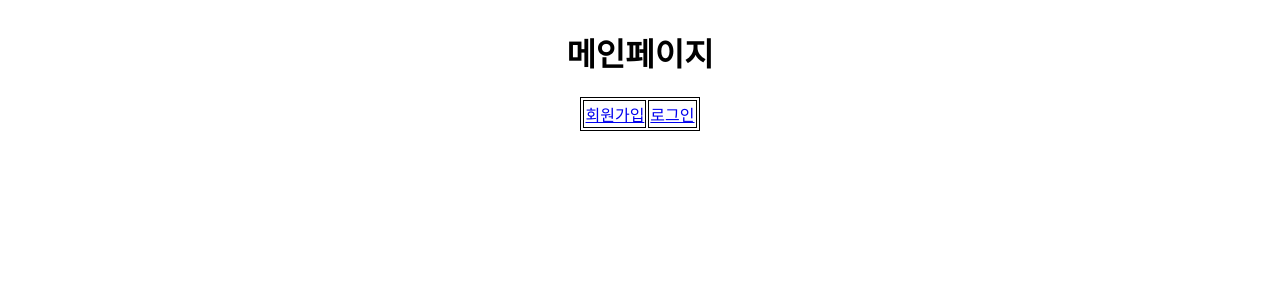
Repository: BEOMJINI/greenJsp
Page: http://localhost/basic/02.22/로그인구현실습/02_main.jsp
An editor plug-in stored every save of this project. The page is shown before and after the next save, followed by the edit.
The browser window is 1280 px wide. The pictures show the whole page.
The page is served by Tomcat 9. Other server files are loaded and not shown.

Above is the page before, as saved 2023-02-22 02:45:43.

### jspWorkspace/basic/src/main/webapp/02.22/로그인구현실습/02_main.jsp
<%@page import="java.util.List"%>
<%@ page language="java" contentType="text/html; charset=UTF-8"
    pageEncoding="UTF-8"%>
<!DOCTYPE html>
<html>
<head>
<meta charset="UTF-8">
<title>Insert title here</title>
<link rel="stylesheet" type="text/css" href="style.css">
</head>
<body>
<h1> 메인페이지 </h1>

<%

  List<String> idlist = (List<String>)session.getAttribute("idList");
  System.out.println(idlist);
Object obj = session.getAttribute("idx");
%>

<table border="1">
<% if(obj == null){ %>
    <tr>
        <td><a href="03_11_joinForm.jsp"> 회원가입 </a></td>
        <td><a href="03_21_loginForm.jsp"> 로그인 </a></td>
    </tr>
<%}else{ %>
    <tr>
        <td><a href="03_23_logoutPro.jsp"> 로그아웃 </a></td>
        <td><a href="03_31_updateForm.jsp"> 회원정보수정 </a></td>
        <td><a href="03_41_deleteForm.jsp"> 회원탈퇴 </a></td>
    </tr>
<%} %>
</table>

</body>
</html>

### jspWorkspace/basic/src/main/webapp/02.22/05_memberLogin/style.css
@charset "UTF-8";

body{
	display:flex;
	align-items: center;
	justify-content: center;
	text-align: center;
	flex-direction: column;
}

table{
	border: 1px solid black;
}

td{
	border: 1px solid black;
}

After the next save:
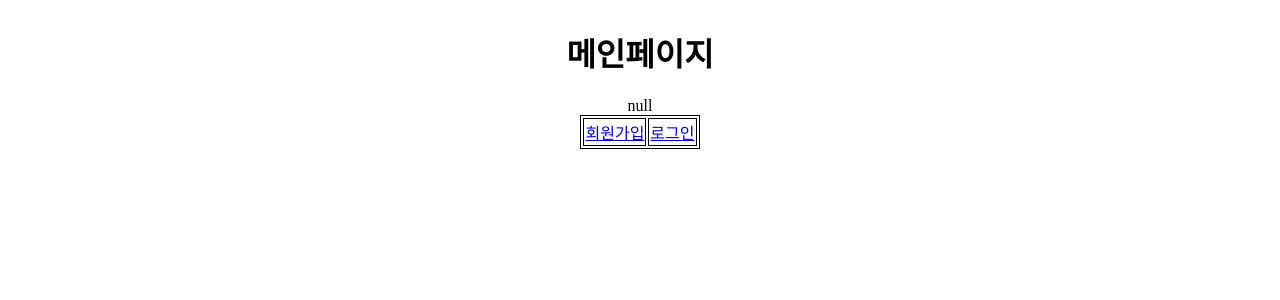
Saved 13 s later.
--- a/jspWorkspace/basic/src/main/webapp/02.22/로그인구현실습/02_main.jsp
+++ b/jspWorkspace/basic/src/main/webapp/02.22/로그인구현실습/02_main.jsp
@@ -14,7 +14,7 @@
 <%
 
   List<String> idlist = (List<String>)session.getAttribute("idList");
-  System.out.println(idlist);
+  out.println(idlist);
 Object obj = session.getAttribute("idx");
 %>
 
